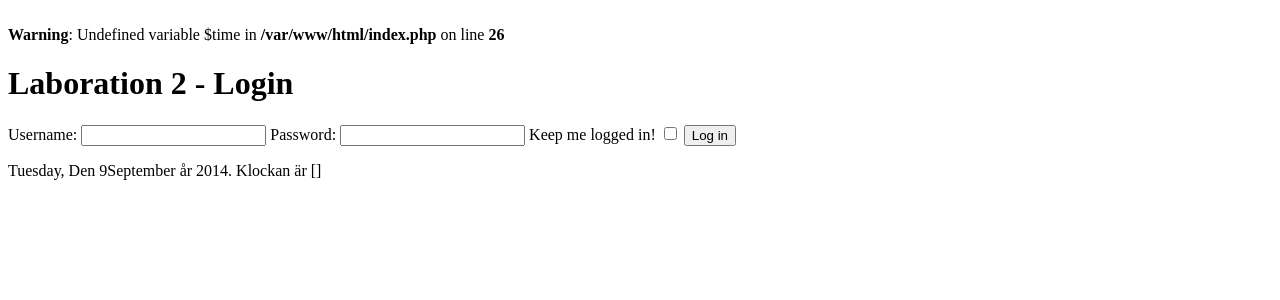
Repository: me222rs/PHPlabb2
Page: http://localhost/
These files come from the project's save history. The page is drawn as it stood at one moment and after the next save; the edit follows.
The browser window is 1280 px wide. The pictures show the whole page.
The page is run by PHP 8.4 with error messages shown; the project is at /var/www/html/.

Above is the page before, as saved 2014-09-09 11:58:14.

### PHPLabb2/index.php
<?php

	setlocale(LC_ALL , "swedish"); //Borde sätta språket till svenska?
	$day = ucwords(strftime("%A"));
	$month = ucwords(strftime("%B"));
	$dayNumber = strftime("%e");
	$year = strftime("%Y");
	//$time = strftime("%H:%M:%S");


	echo "
	<!DOCTYPE html>
	<html>
		<body>
			<form>
				<h1> Laboration 2 - Login</h1>
				Username:
					<input type='text' id='Username' />
				Password:
					<input type='password' id='Password' />
				Keep me logged in!
					<input type='checkbox' name='StayLoggedIn' />

					<button type='button'>Log in</button>
			</form>
		". ucwords(strftime($day . ", den " . $dayNumber . $month . " år " . $year .". Klockan är [". $time . "]")) ."
		</body>


	</html>
	";

?>

After the next save:
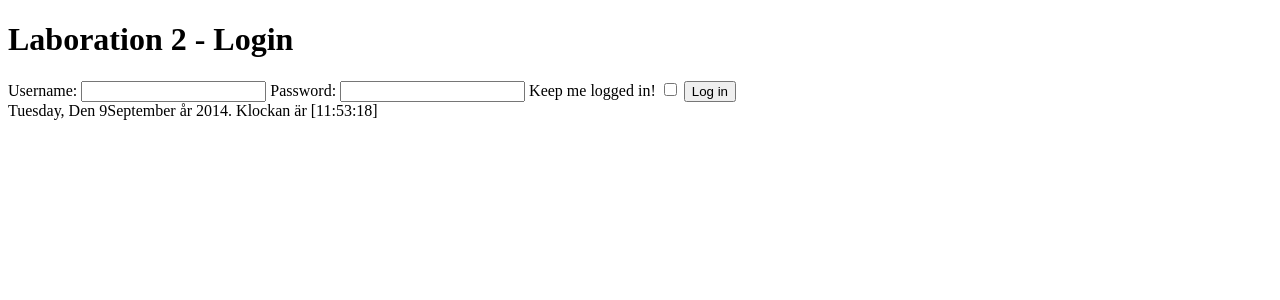
Saved 25 s later.
--- a/PHPLabb2/index.php
+++ b/PHPLabb2/index.php
@@ -5,7 +5,7 @@
 	$month = ucwords(strftime("%B"));
 	$dayNumber = strftime("%e");
 	$year = strftime("%Y");
-	//$time = strftime("%H:%M:%S");
+	$time = strftime("%H:%M:%S");
 
 
 	echo "
